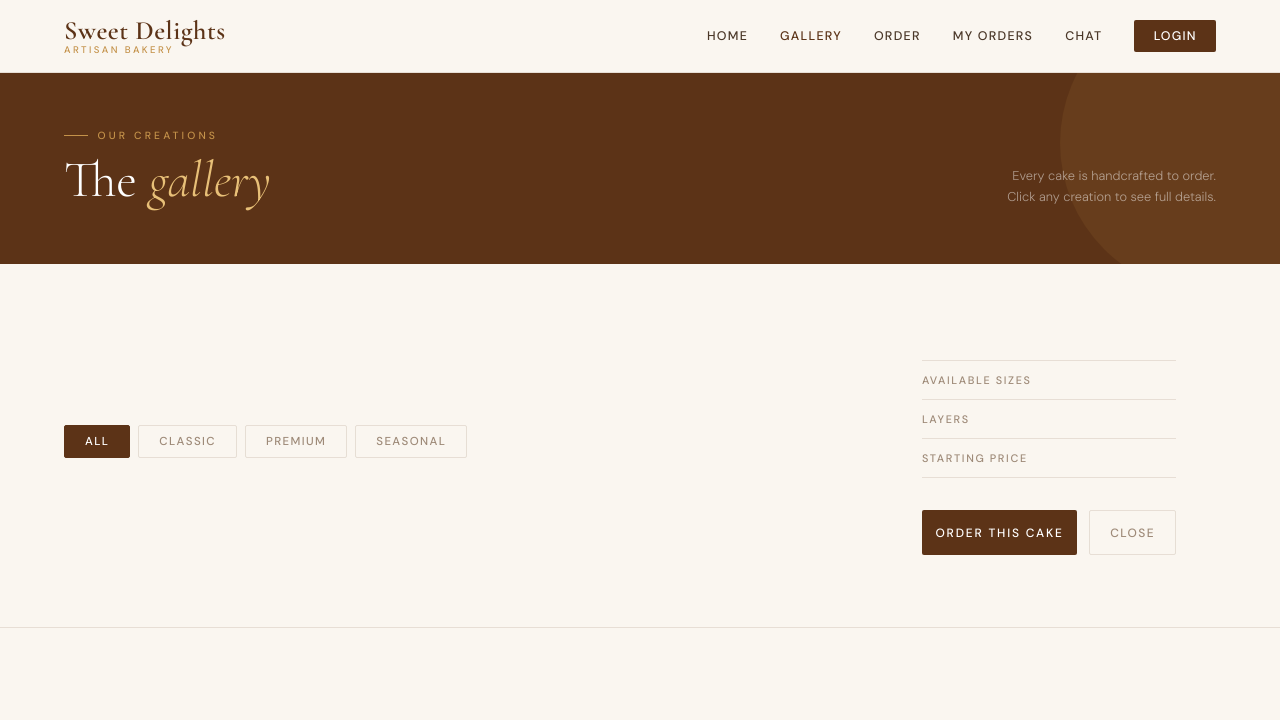
Repository: Jessic-asomugha/your-treat
Page: public/gallery.html
The author's editor kept a copy of each file at every save. The page is drawn from the files as they stood at one save, then again after the next save.
The browser window is 1280 px wide. The pictures show the whole page.

Above is the page before, as saved 2026-03-22 16:16:36.
Console error: TypeError: Cannot read properties of null (reading 'addEventListener')

### public/gallery.html
<!DOCTYPE html>
<html lang="en">
<head>
  <meta charset="UTF-8" />
  <meta name="viewport" content="width=device-width, initial-scale=1.0" />
  <title>Gallery – Sweet Delights Bakery</title>
  <link rel="preconnect" href="https://fonts.googleapis.com">
  <link rel="preconnect" href="https://fonts.gstatic.com" crossorigin>
  <link href="https://fonts.googleapis.com/css2?family=Cormorant+Garamond:ital,wght@0,300;0,400;0,600;1,300;1,400&family=DM+Sans:wght@300;400;500&display=swap" rel="stylesheet">
  <style>
    *, *::before, *::after { margin: 0; padding: 0; box-sizing: border-box; }

    :root {
      --brown:      #5C3317;
      --brown-mid:  #7A4728;
      --gold:       #C4924A;
      --gold-light: #E8C078;
      --cream:      #FAF6F0;
      --cream-dark: #F2E8D9;
      --ink:        #1C1410;
      --ink-mid:    #4A3728;
      --stone:      #9E8A78;
      --border:     rgba(92,51,23,0.12);
    }

    body {
      font-family: 'DM Sans', sans-serif;
      background: var(--cream);
      color: var(--ink);
      min-height: 100vh;
    }

    /* ── HEADER ── */
    .header {
      display: flex;
      justify-content: space-between;
      align-items: center;
      padding: 1.1rem 5%;
      background: var(--cream);
      border-bottom: 1px solid var(--border);
      position: sticky;
      top: 0;
      z-index: 100;
    }

    .logo-wrap { display: flex; flex-direction: column; line-height: 1; text-decoration: none; }
    .logo-main {
      font-family: 'Cormorant Garamond', serif;
      font-size: 1.65rem;
      font-weight: 600;
      color: var(--brown);
      letter-spacing: 0.02em;
    }
    .logo-sub {
      font-size: 0.6rem;
      letter-spacing: 0.25em;
      text-transform: uppercase;
      color: var(--gold);
      font-weight: 500;
      margin-top: 1px;
    }

    .nav { display: flex; gap: 2rem; align-items: center; }
    .nav a {
      text-decoration: none;
      font-size: 0.78rem;
      letter-spacing: 0.1em;
      text-transform: uppercase;
      color: var(--ink-mid);
      font-weight: 500;
      transition: color 0.2s;
    }
    .nav a:hover, .nav a.active { color: var(--brown); }
    .nav-cta {
      background: var(--brown) !important;
      color: #fff !important;
      padding: 0.5rem 1.2rem;
      border-radius: 2px;
    }
    .nav-cta:hover { background: var(--brown-mid) !important; }

    /* ── PAGE HERO ── */
    .page-hero {
      background: var(--brown);
      padding: 3.5rem 5%;
      display: flex;
      align-items: flex-end;
      justify-content: space-between;
      gap: 2rem;
      position: relative;
      overflow: hidden;
    }
    .page-hero::before {
      content: '';
      position: absolute;
      top: -80px; right: -80px;
      width: 300px; height: 300px;
      border-radius: 50%;
      background: rgba(196,146,74,0.1);
    }
    .page-hero-eyebrow {
      font-size: 0.65rem;
      letter-spacing: 0.3em;
      text-transform: uppercase;
      color: var(--gold);
      font-weight: 500;
      margin-bottom: 0.6rem;
      display: flex; align-items: center; gap: 0.6rem;
    }
    .page-hero-eyebrow::before {
      content: '';
      display: inline-block;
      width: 24px; height: 1px;
      background: var(--gold);
    }
    .page-hero h1 {
      font-family: 'Cormorant Garamond', serif;
      font-size: clamp(2.2rem, 4vw, 3.2rem);
      font-weight: 300;
      color: #fff;
      line-height: 1.1;
    }
    .page-hero h1 em { font-style: italic; color: var(--gold-light); }
    .page-hero-note {
      font-size: 0.8rem;
      color: rgba(255,255,255,0.5);
      font-weight: 300;
      text-align: right;
      max-width: 220px;
      line-height: 1.7;
      position: relative; z-index: 1;
    }

    /* ── FILTER BAR ── */
    .filter-bar {
      padding: 2rem 5%;
      display: flex;
      align-items: center;
      justify-content: space-between;
      gap: 1rem;
      border-bottom: 1px solid var(--border);
      flex-wrap: wrap;
    }

    .filter-tabs {
      display: flex;
      gap: 0.5rem;
      flex-wrap: wrap;
    }

    .filter-tab {
      padding: 0.5rem 1.25rem;
      border: 1px solid var(--border);
      border-radius: 2px;
      background: transparent;
      font-family: 'DM Sans', sans-serif;
      font-size: 0.72rem;
      letter-spacing: 0.12em;
      text-transform: uppercase;
      font-weight: 500;
      color: var(--stone);
      cursor: pointer;
      transition: all 0.2s;
    }
    .filter-tab:hover { border-color: var(--gold); color: var(--brown); }
    .filter-tab.active {
      background: var(--brown);
      border-color: var(--brown);
      color: #fff;
    }

    .filter-count {
      font-size: 0.75rem;
      color: var(--stone);
      font-weight: 300;
      letter-spacing: 0.05em;
    }
    .filter-count span { color: var(--brown); font-weight: 500; }

    /* ── GALLERY GRID ── */
    .gallery-wrap {
      padding: 2.5rem 5% 5rem;
    }

    .gallery-grid {
      display: grid;
      grid-template-columns: repeat(3, 1fr);
      gap: 1px;
      background: var(--border);
      border: 1px solid var(--border);
    }

    .cake-card {
      background: var(--cream);
      cursor: pointer;
      position: relative;
      overflow: hidden;
      transition: transform 0.3s;
    }

    .cake-card:hover .card-overlay { opacity: 1; }
    .cake-card:hover .card-img { transform: scale(1.04); }

    .card-img-wrap {
      position: relative;
      overflow: hidden;
      height: 260px;
    }

    .card-img {
      width: 100%;
      height: 100%;
      object-fit: cover;
      display: block;
      transition: transform 0.5s ease;
      background: linear-gradient(135deg, #7A4728 0%, #5C3317 100%);
    }

    /* Fallback gradient when image missing */
    .card-img-placeholder {
      width: 100%;
      height: 100%;
      display: flex;
      align-items: center;
      justify-content: center;
      font-family: 'Cormorant Garamond', serif;
      font-style: italic;
      color: rgba(255,255,255,0.35);
      font-size: 0.9rem;
      transition: transform 0.5s ease;
    }

    .grad-choc  { background: linear-gradient(155deg, #3D1F0A 0%, #7A4728 100%); }
    .grad-van   { background: linear-gradient(155deg, #C4924A 0%, #E8C078 100%); }
    .grad-red   { background: linear-gradient(155deg, #7A1F1F 0%, #B03030 100%); }
    .grad-straw { background: linear-gradient(155deg, #B03060 0%, #E08080 100%); }
    .grad-loaf  { background: linear-gradient(155deg, #8B7355 0%, #C4A882 100%); }
    .grad-cara  { background: linear-gradient(155deg, #8B5E00 0%, #C4924A 100%); }

    .card-overlay {
      position: absolute;
      inset: 0;
      background: rgba(28,20,16,0.55);
      display: flex;
      align-items: center;
      justify-content: center;
      opacity: 0;
      transition: opacity 0.3s;
    }

    .card-overlay-btn {
      font-size: 0.7rem;
      letter-spacing: 0.2em;
      text-transform: uppercase;
      color: #fff;
      font-weight: 500;
      border: 1px solid rgba(255,255,255,0.6);
      padding: 0.6rem 1.4rem;
      border-radius: 2px;
    }

    .card-body {
      padding: 1.25rem 1.5rem;
      border-top: 1px solid var(--border);
      display: flex;
      justify-content: space-between;
      align-items: center;
    }

    .card-name {
      font-family: 'Cormorant Garamond', serif;
      font-size: 1.05rem;
      font-weight: 600;
      color: var(--brown);
    }

    .card-meta {
      font-size: 0.7rem;
      color: var(--stone);
      font-weight: 300;
      margin-top: 0.2rem;
      letter-spacing: 0.05em;
    }

    .card-tag {
      font-size: 0.62rem;
      letter-spacing: 0.15em;
      text-transform: uppercase;
      color: var(--gold);
      font-weight: 500;
      border: 1px solid rgba(196,146,74,0.35);
      padding: 0.25rem 0.6rem;
      border-radius: 2px;
      white-space: nowrap;
    }

    /* Empty state */
    .empty-state {
      grid-column: 1 / -1;
      text-align: center;
      padding: 5rem 2rem;
      background: var(--cream);
    }
    .empty-state p {
      font-family: 'Cormorant Garamond', serif;
      font-size: 1.4rem;
      color: var(--stone);
      font-weight: 300;
    }

    /* ── MODAL ── */
    .modal-backdrop {
      display: none;
      position: fixed;
      inset: 0;
      background: rgba(28,20,16,0.82);
      z-index: 200;
      align-items: center;
      justify-content: center;
      padding: 2rem;
    }
    .modal-backdrop.show { display: flex; }

    .modal {
      background: var(--cream);
      border-radius: 2px;
      max-width: 820px;
      width: 100%;
      display: grid;
      grid-template-columns: 1fr 1fr;
      overflow: hidden;
      animation: slideUp 0.35s ease;
      max-height: 90vh;
    }

    @keyframes slideUp {
      from { opacity: 0; transform: translateY(16px); }
      to   { opacity: 1; transform: translateY(0); }
    }

    .modal-img-wrap {
      position: relative;
      min-height: 400px;
    }

    .modal-img {
      width: 100%;
      height: 100%;
      object-fit: cover;
      display: block;
    }

    .modal-img-placeholder {
      width: 100%;
      height: 100%;
      min-height: 400px;
      display: flex;
      align-items: center;
      justify-content: center;
      font-family: 'Cormorant Garamond', serif;
      font-style: italic;
      color: rgba(255,255,255,0.3);
    }

    .modal-body {
      padding: 2.5rem;
      display: flex;
      flex-direction: column;
      justify-content: space-between;
      overflow-y: auto;
    }

    .modal-close {
      position: absolute;
      top: 1rem; right: 1rem;
      width: 32px; height: 32px;
      background: rgba(28,20,16,0.5);
      border: none;
      border-radius: 50%;
      color: #fff;
      font-size: 1.1rem;
      cursor: pointer;
      display: flex; align-items: center; justify-content: center;
      transition: background 0.2s;
      z-index: 10;
    }
    .modal-close:hover { background: rgba(28,20,16,0.8); }

    .modal-eyebrow {
      font-size: 0.62rem;
      letter-spacing: 0.25em;
      text-transform: uppercase;
      color: var(--gold);
      font-weight: 500;
      margin-bottom: 0.6rem;
    }

    .modal-title {
      font-family: 'Cormorant Garamond', serif;
      font-size: 2rem;
      font-weight: 400;
      color: var(--brown);
      line-height: 1.1;
      margin-bottom: 1rem;
    }

    .modal-desc {
      font-size: 0.88rem;
      color: var(--stone);
      font-weight: 300;
      line-height: 1.8;
      margin-bottom: 1.5rem;
    }

    .modal-specs {
      display: flex;
      flex-direction: column;
      gap: 0;
      margin-bottom: 2rem;
      border-top: 1px solid var(--border);
    }

    .modal-spec {
      display: flex;
      justify-content: space-between;
      padding: 0.75rem 0;
      border-bottom: 1px solid var(--border);
    }

    .spec-label {
      font-size: 0.68rem;
      letter-spacing: 0.15em;
      text-transform: uppercase;
      color: var(--stone);
      font-weight: 500;
    }

    .spec-value {
      font-size: 0.85rem;
      color: var(--ink-mid);
      font-weight: 400;
      text-align: right;
    }

    .modal-actions { display: flex; gap: 0.75rem; }

    .btn-order {
      flex: 1;
      padding: 0.85rem;
      background: var(--brown);
      color: #fff;
      border: none;
      border-radius: 2px;
      font-family: 'DM Sans', sans-serif;
      font-size: 0.75rem;
      letter-spacing: 0.15em;
      text-transform: uppercase;
      font-weight: 500;
      cursor: pointer;
      text-align: center;
      text-decoration: none;
      display: inline-flex;
      align-items: center;
      justify-content: center;
      transition: background 0.2s;
    }
    .btn-order:hover { background: var(--brown-mid); }

    .btn-close-modal {
      padding: 0.85rem 1.25rem;
      background: transparent;
      color: var(--stone);
      border: 1px solid var(--border);
      border-radius: 2px;
      font-family: 'DM Sans', sans-serif;
      font-size: 0.75rem;
      letter-spacing: 0.12em;
      text-transform: uppercase;
      font-weight: 500;
      cursor: pointer;
      transition: all 0.2s;
    }
    .btn-close-modal:hover { border-color: var(--brown); color: var(--brown); }

    /* ── FOOTER ── */
    .footer {
      background: var(--ink);
      padding: 2rem 5%;
      display: flex;
      justify-content: space-between;
      align-items: center;
    }
    .footer-logo {
      font-family: 'Cormorant Garamond', serif;
      font-size: 1.2rem;
      color: rgba(255,255,255,0.35);
    }
    .footer-copy { font-size: 0.72rem; color: rgba(255,255,255,0.25); font-weight: 300; }
    .footer-admin { font-size: 0.7rem; color: rgba(255,255,255,0.2); text-decoration: none; }
    .footer-admin:hover { color: var(--gold); }

    /* ── RESPONSIVE ── */
    @media (max-width: 900px) {
      .gallery-grid { grid-template-columns: repeat(2, 1fr); }
      .modal { grid-template-columns: 1fr; }
      .modal-img-wrap { min-height: 240px; }
    }
    @media (max-width: 600px) {
      .gallery-grid { grid-template-columns: 1fr; }
      .nav a:not(.nav-cta):not(.active) { display: none; }
    }
  </style>
</head>
<body>

  <!-- HEADER -->
  <header class="header">
    <div class="logo-wrap">
      <span class="logo-main">Sweet Delights</span>
      <span class="logo-sub">Artisan Bakery</span>
    </div>
    <nav class="nav">
      <a href="index.html">Home</a>
      <a href="gallery.html" class="active">Gallery</a>
      <a href="order.html">Order</a>
      <a href="my-orders.html">My Orders</a>
      <a href="chat.html">Chat</a>
      <a href="auth/login.html" class="nav-cta">Login</a>
    </nav>
  </header>

  <!-- PAGE HERO -->
  <div class="page-hero">
    <div>
      <p class="page-hero-eyebrow">Our creations</p>
      <h1>The <em>gallery</em></h1>
    </div>
    <p class="page-hero-note">Every cake is handcrafted to order. Click any creation to see full details.</p>
  </div>

  <!-- FILTER BAR -->
  <div class="filter-bar">
    <div class="filter-tabs">
      <button class="filter-tab active" data-filter="all">All</button>
      <button class="filter-tab" data-filter="Classic">Classic</button>
      <button class="filter-tab" data-filter="Premium">Premium</button>
      <button class="filter-tab" data-filter="Seasonal">Seasonal</button>
        <button class="modal-close" onclick="closeModal()">✕</button>
        <img class="modal-img" id="modalImg" alt=""
             onerror="this.style.display='none';document.getElementById('modalImgPlaceholder').style.display='flex';">
        <div class="modal-img-placeholder" id="modalImgPlaceholder" style="display:none;"></div>
      </div>
      <div class="modal-body">
        <div>
          <p class="modal-eyebrow" id="modalTag"></p>
          <h2 class="modal-title" id="modalTitle"></h2>
          <p class="modal-desc" id="modalDesc"></p>
          <div class="modal-specs">
            <div class="modal-spec">
              <span class="spec-label">Available sizes</span>
              <span class="spec-value" id="modalSizes"></span>
            </div>
            <div class="modal-spec">
              <span class="spec-label">Layers</span>
              <span class="spec-value" id="modalLayers"></span>
            </div>
            <div class="modal-spec">
              <span class="spec-label">Starting price</span>
              <span class="spec-value" id="modalPrice"></span>
            </div>
          </div>
        </div>
        <div class="modal-actions">
          <a href="order.html" class="btn-order">Order This Cake</a>
          <button class="btn-close-modal" onclick="closeModal()">Close</button>
        </div>
      </div>
    </div>
  </div>

  <script>
    // ── FILTER ──
    const tabs = document.querySelectorAll('.filter-tab');
    const cards = document.querySelectorAll('.cake-card');
    const countDisplay = document.getElementById('countDisplay');

    tabs.forEach(tab => {
      tab.addEventListener('click', () => {
        tabs.forEach(t => t.classList.remove('active'));
        tab.classList.add('active');
        const filter = tab.dataset.filter;
        let visible = 0;
        cards.forEach(card => {
          const show = filter === 'all' || card.dataset.category === filter;
          card.style.display = show ? '' : 'none';
          if (show) visible++;
        });
        countDisplay.textContent = visible;
      });
    });

    // ── MODAL ──
    function openModal(card) {
      const grad = card.dataset.grad;
      document.getElementById('modalTitle').textContent    = card.dataset.name;
      document.getElementById('modalTag').textContent      = card.dataset.tag;
      document.getElementById('modalDesc').textContent     = card.dataset.desc;
      document.getElementById('modalSizes').textContent    = card.dataset.sizes;
      document.getElementById('modalLayers').textContent   = card.dataset.layers;
      document.getElementById('modalPrice').textContent    = card.dataset.price;

      const img = document.getElementById('modalImg');
      const placeholder = document.getElementById('modalImgPlaceholder');
      img.src = card.dataset.img;
      img.alt = card.dataset.name;
      img.style.display = '';
      placeholder.style.display = 'none';
      placeholder.className = 'modal-img-placeholder ' + grad;
      placeholder.textContent = card.dataset.name;

      document.getElementById('modalBackdrop').classList.add('show');
      document.body.style.overflow = 'hidden';
    }

    function closeModal() {
      document.getElementById('modalBackdrop').classList.remove('show');
      document.body.style.overflow = '';
    }

    cards.forEach(card => {
      card.addEventListener('click', () => openModal(card));
    });

    document.getElementById('modalBackdrop').addEventListener('click', e => {
      if (e.target === e.currentTarget) closeModal();
    });

    document.addEventListener('keydown', e => {
      if (e.key === 'Escape') closeModal();
    });

    // ── AUTH NAV ──
    window.onAuthStateChanged = (user) => {
      const authNav = document.getElementById('authNav');
      if (!authNav) return;
      if (user) {
        const name = user.displayName || user.email.split('@')[0];
        authNav.innerHTML = `<span style="color:var(--brown);font-weight:500;font-size:0.78rem;">👤 ${name}</span>
          <a href="#" onclick="event.preventDefault();window.authManager&&window.authManager.logout().then(()=>location.reload());">Logout</a>`;
      } else {
        authNav.innerHTML = `<a href="auth/login.html">Login</a><a href="auth/register.html">Sign Up</a>`;
      }
    };
  </script>

  <script src="js/simple-data-manager.js"></script>
  <script src="js/main.js"></script>

</body>
</html>

Loaded but not shown: public/js/main.js (454 lines, source omitted); public/js/simple-data-manager.js (328 lines, source omitted)

After the next save:
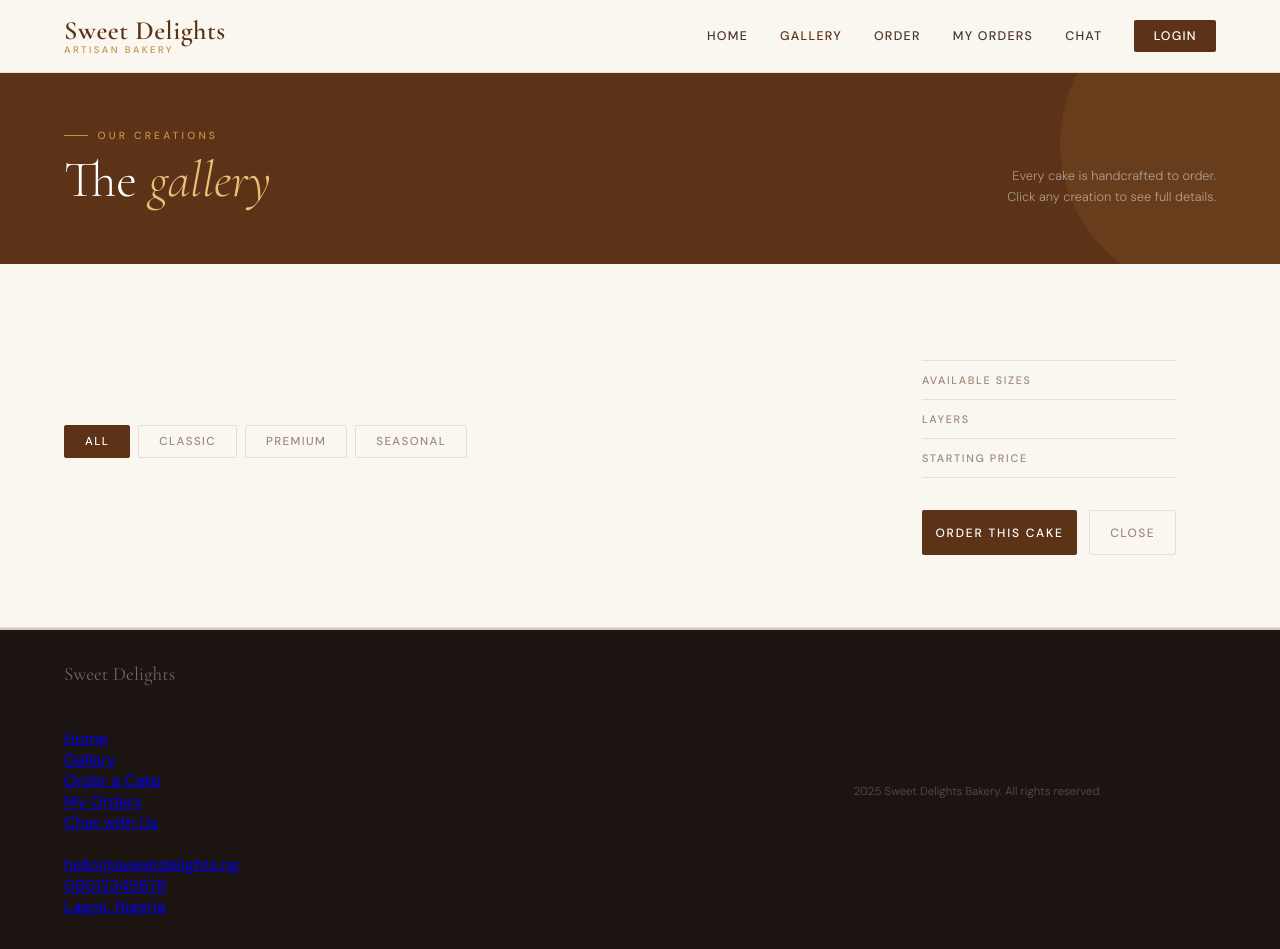
Saved 9 s later.
--- a/public/gallery.html
+++ b/public/gallery.html
@@ -578,6 +578,43 @@
     </div>
   </div>
 
+  <!-- GALLERY GRID -->
+  <div class="gallery-grid" id="galleryGrid">
+    <!-- Cards will be populated by JS -->
+  </div>
+
+  <!-- FOOTER -->
+  <footer class="footer">
+    <div class="footer-top">
+      <div>
+        <div class="footer-logo">Sweet Delights</div>
+        <p class="footer-desc">Handcrafted cakes baked fresh for every occasion. Proudly based in Lagos, Nigeria.</p>
+      </div>
+      <div>
+        <div class="footer-col-title">Navigate</div>
+        <ul class="footer-links">
+          <li><a href="index.html">Home</a></li>
+          <li><a href="gallery.html">Gallery</a></li>
+          <li><a href="order.html">Order a Cake</a></li>
+          <li><a href="my-orders.html">My Orders</a></li>
+          <li><a href="chat.html">Chat with Us</a></li>
+        </ul>
+      </div>
+      <div>
+        <div class="footer-col-title">Contact</div>
+        <ul class="footer-links">
+          <li><a href="mailto:hello@sweetdelights.ng">hello@sweetdelights.ng</a></li>
+          <li><a href="tel:08012345678">08012345678</a></li>
+          <li><a href="https://maps.google.com/?q=Lagos,Nigeria">Lagos, Nigeria</a></li>
+        </ul>
+      </div>
+    </div>
+    <div class="footer-bottom">
+      <span class="footer-copy"> 2025 Sweet Delights Bakery. All rights reserved.</span>
+      <span class="footer-demo">Portfolio Demo</span>
+    </div>
+  </footer>
+
   <script>
     // ── FILTER ──
     const tabs = document.querySelectorAll('.filter-tab');
